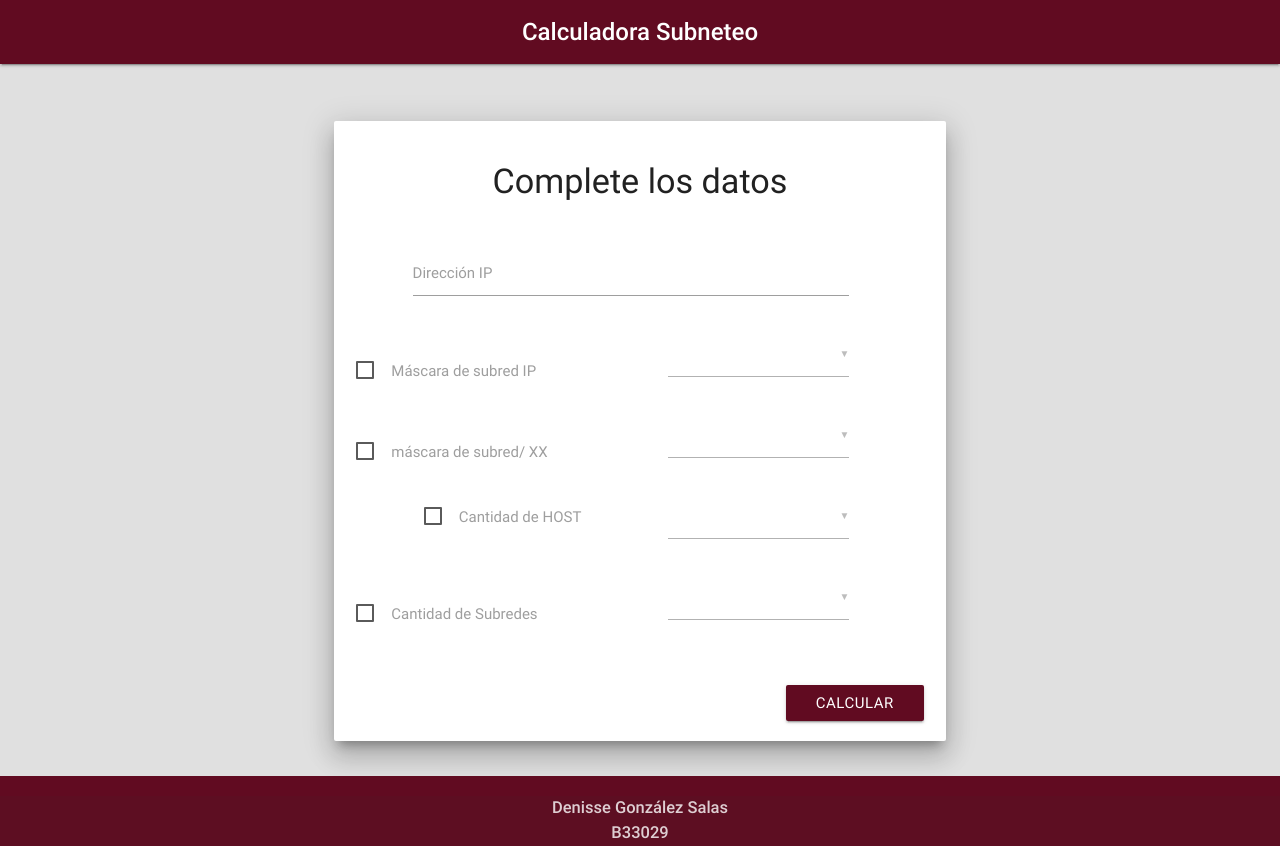
Repository: DenisseGS/Subnet-Calc
Page: http://localhost/
The author's editor kept a record of every edit. The page is drawn from the files as they stood at one moment, then again after the next edit.
The browser window is 1280 px wide. The pictures show the whole page.
Some web libraries are served in a nearby version. The page is served by the project's Laravel application, run on PHP 8.4 with Laravel 8. Queries for data that is not in the repository find no rows.

Above is the page before.

After the next edit:
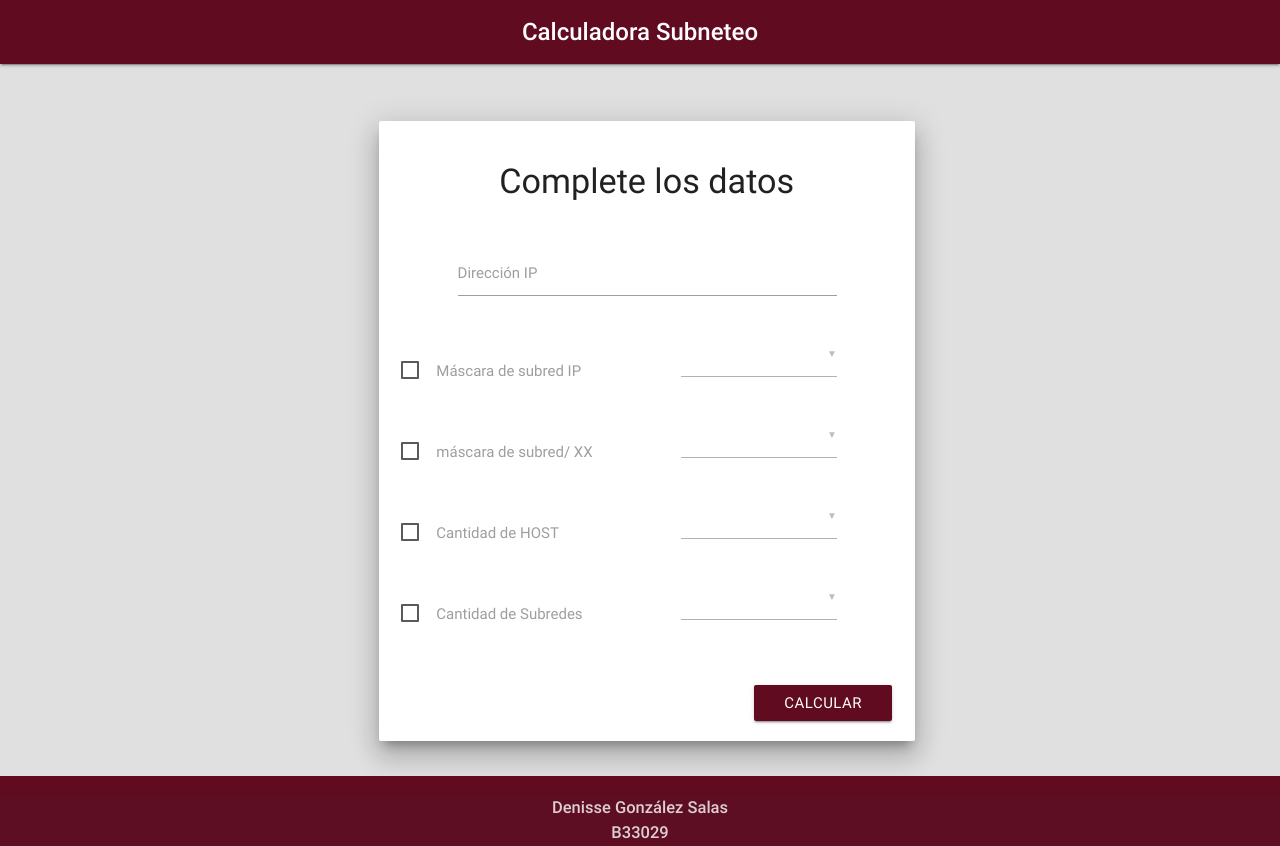
The edit:
--- a/resources/views/Calculadora.blade.php
+++ b/resources/views/Calculadora.blade.php
@@ -12,8 +12,8 @@
             </div><br><br>
           @endif
 
-        <div class="col s12 m3 l2"></div>
-        <div class=" col s12 m4 l8 card-panel z-depth-5">
+        <div class="col s12 m3 l2"></div><div class="input-field col"></div><div class="input-field col"></div>
+        <div class=" col s12 m4 l7 card-panel z-depth-5">
             <div class="row">
               <div class="col s12 m4 l4"></div>
               <br><h4 class="center-align">Complete los datos</h4>
